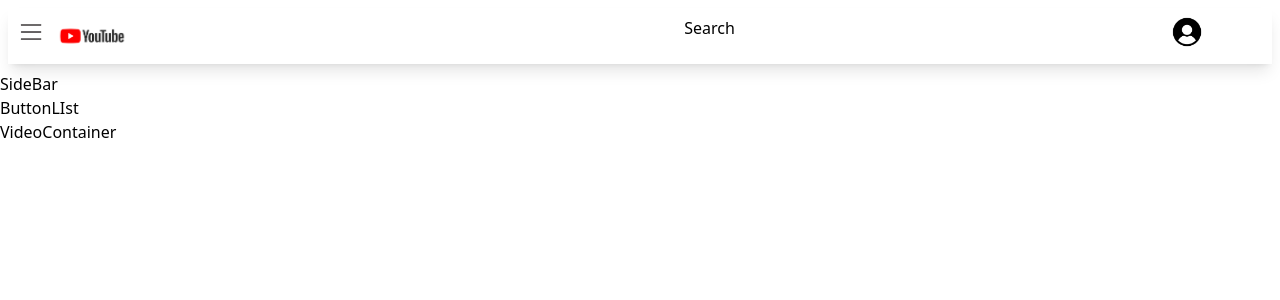
Repository: AmolPawar7181/namaste-youtube
Page: /
An editor plug-in stored every save of this project. The page is shown before and after the next save, followed by the edit.
The browser window is 1280 px wide. The pictures show the whole page.
The project was rebuilt for these pictures with package versions that can differ from the ones it lists, and the page was loaded fresh each time. Also part of the build but not shown: vite.config.ts.

Above is the page before, as saved 2023-03-19 12:12:23.

After the next save:
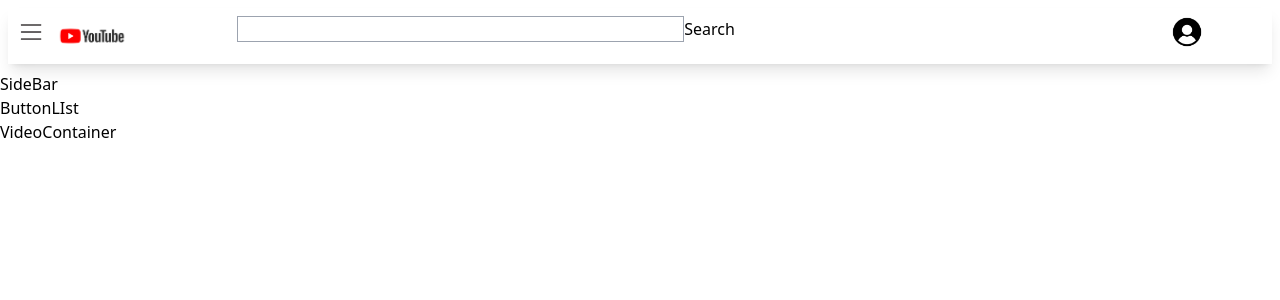
Saved 21 s later.
--- a/src/components/Head.tsx
+++ b/src/components/Head.tsx
@@ -8,7 +8,7 @@
         <img className="h-10 mx-2" src="data:[embedded picture, 4610 characters]" alt="Youtube" />
         </div>
         <div className='col-span-10 px-10'>
-            <input className='w-1/2' type="text" />
+            <input className='w-1/2 border border-gray-400' type="text" />
             <button>Search</button>
         </div>
         <div className='col-span-1'>
